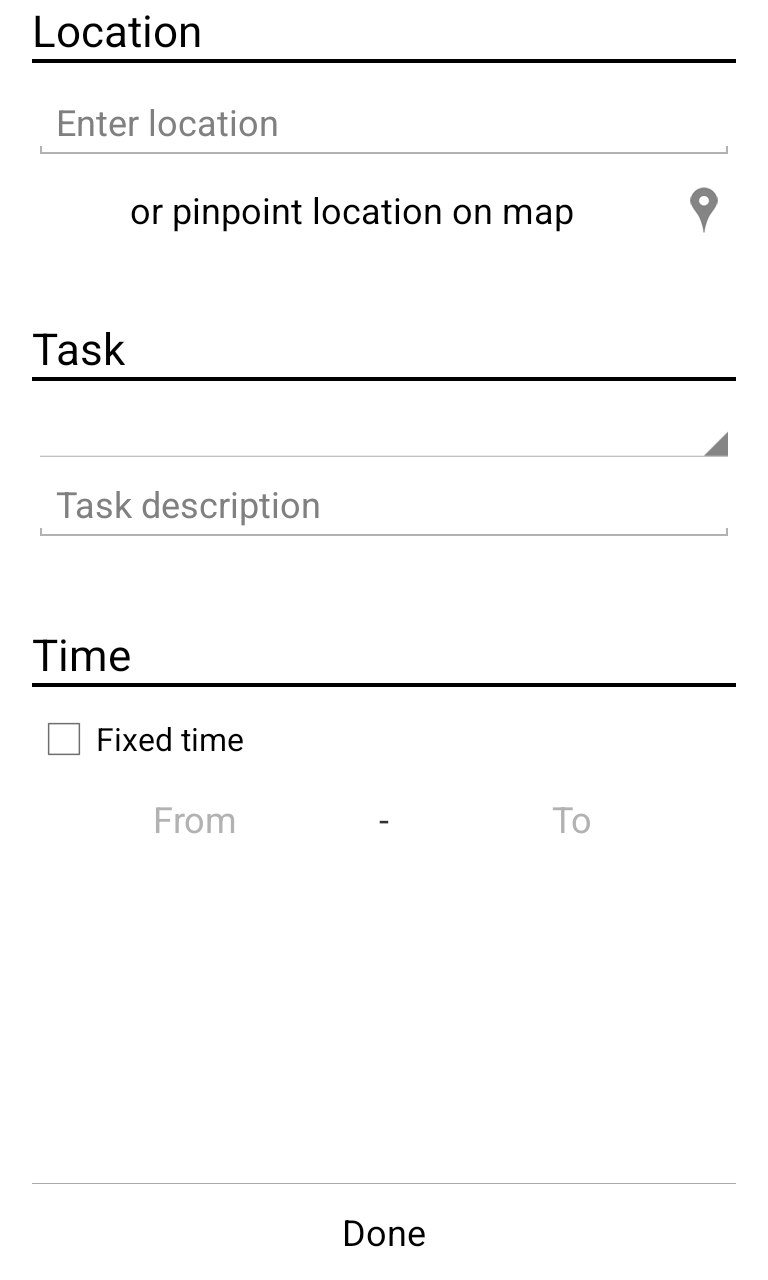
Repository: larserikstrand/IMT4904-Master
Layout: MTP/res/layout/activity_new_task.xml
An editor plug-in stored every save of this project. The layout is shown before and after the next save, followed by the edit.
It is drawn on a 768 x 1280 px phone screen (xhdpi) without system bars, with theme android:Theme.Holo.Light; the app's code is not run.

Above is the layout before, as saved 2014-02-17 08:22:35.

### MTP/res/layout/activity_new_task.xml
<LinearLayout xmlns:android="http://schemas.android.com/apk/res/android"
    xmlns:tools="http://schemas.android.com/tools"
    android:layout_width="match_parent"
    android:layout_height="match_parent"
    android:paddingLeft="@dimen/activity_horizontal_margin"
    android:paddingRight="@dimen/activity_horizontal_margin"
    android:orientation="vertical"
    tools:context=".NewTaskActivity"
    android:focusable="true"
	android:focusableInTouchMode="true" >

    <ScrollView android:layout_width="match_parent"
        android:layout_height="0dp"
        android:layout_weight="1" >

    	<LinearLayout android:layout_width="match_parent"
        	android:layout_height="wrap_content"
        	android:orientation="vertical" >

        	<TextView
        		android:layout_width="wrap_content"
        		android:layout_height="wrap_content"
        		android:text="@string/location"
        		android:textAppearance="?android:attr/textAppearanceLarge" />

        	<View android:layout_width="match_parent"
        		android:layout_height="2dp"
        		android:layout_marginBottom="10dp"
        		android:background="@android:color/black" />

    		<AutoCompleteTextView android:id="@+id/location_text"
        		android:layout_width="match_parent"
        		android:layout_height="wrap_content"
        		android:hint="@string/location_hint"
        		android:inputType="textCapWords" />

    		<Button android:id="@+id/location_button"
        		android:layout_width="match_parent"
        		android:layout_height="wrap_content"
        		android:background="?android:attr/selectableItemBackground"
        		android:text="@string/pinpoint"
        		android:drawableRight="@drawable/ic_location_place" />

    		<TextView
        		android:layout_width="wrap_content"
        		android:layout_height="wrap_content"
        		android:layout_marginTop="30dp"
        		android:text="@string/task"
        		android:textAppearance="?android:attr/textAppearanceLarge" />

    		<View android:layout_width="match_parent"
        		android:layout_height="2dp"
        		android:layout_marginBottom="10dp"
        		android:background="@android:color/black" />

    		<Spinner android:id="@+id/category_spinner"
        		android:layout_width="match_parent"
        		android:layout_height="wrap_content" />

    		<EditText android:id="@+id/description_edit"
        		android:layout_width="match_parent"
        		android:layout_height="wrap_content"
        		android:layout_marginBottom="10dp"
        		android:lines="2"
        		android:hint="@string/task_description_hint"
        		android:inputType="textCapSentences" />

    		<TextView
        		android:layout_width="wrap_content"
        		android:layout_height="wrap_content"
        		android:layout_marginTop="30dp"
        		android:text="@string/time"
        		android:textAppearance="?android:attr/textAppearanceLarge" />

    		<View android:layout_width="match_parent"
        		android:layout_height="2dp"
        		android:layout_marginBottom="10dp"
        		android:background="@android:color/black" />

    		<CheckBox android:id="@+id/fixed_time_check"
        		android:layout_width="match_parent"
        		android:layout_height="wrap_content"
        		android:text="@string/fixed_time" />

    		<LinearLayout android:id="@+id/time_layout"
        		android:layout_width="match_parent"
        		android:layout_height="wrap_content"
        		android:orientation="horizontal" >

        		<Button android:id="@+id/from_button"
            		android:layout_width="0dp"
            		android:layout_height="wrap_content"
            		android:layout_weight="1"
            		android:layout_marginRight="10dp"
            		android:background="?android:attr/selectableItemBackground"
            		android:text="@string/from"
            		android:enabled="false" />

        		<TextView android:layout_width="wrap_content"
            		android:layout_height="wrap_content"
            		android:text="@string/divider"
            		android:textSize="18sp" />

        		<Button android:id="@+id/to_button"
            		android:layout_width="0dp"
            		android:layout_height="wrap_content"
            		android:layout_weight="1"
            		android:layout_marginLeft="10dp"
            		android:background="?android:attr/selectableItemBackground"
            		android:text="@string/to"
            		android:enabled="false" />

    		</LinearLayout>

    	</LinearLayout>

    </ScrollView>

    <View android:layout_width="match_parent"
        android:layout_height="0.2dp"
        android:background="@android:color/darker_gray" />

    <Button android:id="@+id/done_button"
        android:layout_width="match_parent"
        android:layout_height="wrap_content"
        android:background="?android:attr/selectableItemBackground"
        android:text="@string/done" />

</LinearLayout>

### MTP/res/values/strings.xml
<?xml version="1.0" encoding="utf-8"?>
<resources>

    <!-- Titles -->
    <string name="app_name">MTP</string>
    <string name="title_activity_list">ListActivity</string>
    <string name="title_activity_new_task">New Task</string>
    <string name="title_activity_map">Map</string>
    <string name="title_activity_settings">Settings</string>
    <string name="title_activity_about">About</string>

    <!-- Menu -->
    <string name="action_settings">Settings</string>
    <string name="action_about">About</string>

    <!-- General -->
    <string name="owner">Owner: Lars Erik Strand</string>
    <string name="today">Today</string>
    <string name="week">Week</string>
    <string name="all_tasks">All Tasks</string>
    <string name="task">Task</string>
    <string name="new_task_list">New List</string>
    <string name="new_task">New Task</string>
    <string name="edit_list">Edit List</string>
    <string name="edit">Edit</string>
    <string name="delete">Delete</string>
    <string name="discard">Discard</string>
    <string name="set_date">Set date</string>
    <string name="save">Save</string>
    <string name="done">Done</string>
    <string name="location">Location</string>
    <string name="location_hint">Enter location</string>
    <string name="pinpoint">or pinpoint location on map</string>
    <string name="task_description_hint">Task description</string>
    <string name="time">Time</string>
    <string name="fixed_time">Fixed time</string>
    <string name="from">From</string>
    <string name="to">To</string>
    <string name="divider">-</string>
    <string name="start">Start</string>
    <string name="pause">Pause</string>
    <string name="finished">Finished</string>
    <string name="confirm">Confirm</string>
    <string name="add">Add</string>
    <string name="occupation">Occupation</string>

    <!-- Messages/Alerts -->
    <string name="set_location_message">You must choose a location for your task.</string>
    <string name="set_category_message">You must enter a task category.</string>
    <string name="set_date_message">You must enter a date.</string>
    <string name="set_time_message">This task has a fixed time. You must set the start and end time of the task.</string>
    <string name="save_message">Saving. Please wait&#8230;</string>
    <string name="discard_list_message">Are you sure you want do discard this list?</string>
    <string name="delete_list_message">Are you sure you want to delete this list?</string>
    <string name="welcome_message">Welcome to MTP. As this is your first time running this application, please select an occupation before proceeding.</string>
    <string name="no_tasks_message">You haven\'t entered any tasks to save.</string>
    <string name="existing_list_message">A list with this date already exist. Do you wish to add tasks to the existing list or delete the existing list?</string>
    <string name="about_message">MTP is developed as a Master thesis project at Gjøvik University College. It\'s purpose is not only to keep track of your tasks but also to gather contextual information as you do the tasks in order to give you future task recommendations.</string>

    <!-- Preferences -->
    <string name="pref_context_storage">Context Storage</string>
    <string name="pref_occupation_default">Undergratuate student (Bachelor)</string>
    <string name="pref_context_storage_summ">Allow application to collect and store context information</string>

    <!-- Arrays -->


    <!-- Occupation task templates -->
    <string-array name="undergraduate_tasks_array">
        <item>Attend lecture</item>
        <item>Write report</item>
        <item>Do course exercises</item>
        <item>Meeting</item>
        <item>Group work</item>
        <item>Other</item>
    </string-array>
    <string-array name="postgraduate_tasks_array">
        <item>Write thesis</item>
        <item>Meeting</item>
    </string-array>

    <!-- Occupation types -->
    <string-array name="pref_occupation_values">
        <item>Undergraduate student (Bachelor)</item>
        <item>Postgraduate student (Master, Ph.D.)</item>
    </string-array>

    <!-- Colors -->
    <color name="lightgreen">#2200ff00</color>
    <color name="lightgrey">#55aaaaaa</color>

</resources>

Loaded but not shown: MTP/res/values/dimens.xml (common file)

After the next save:
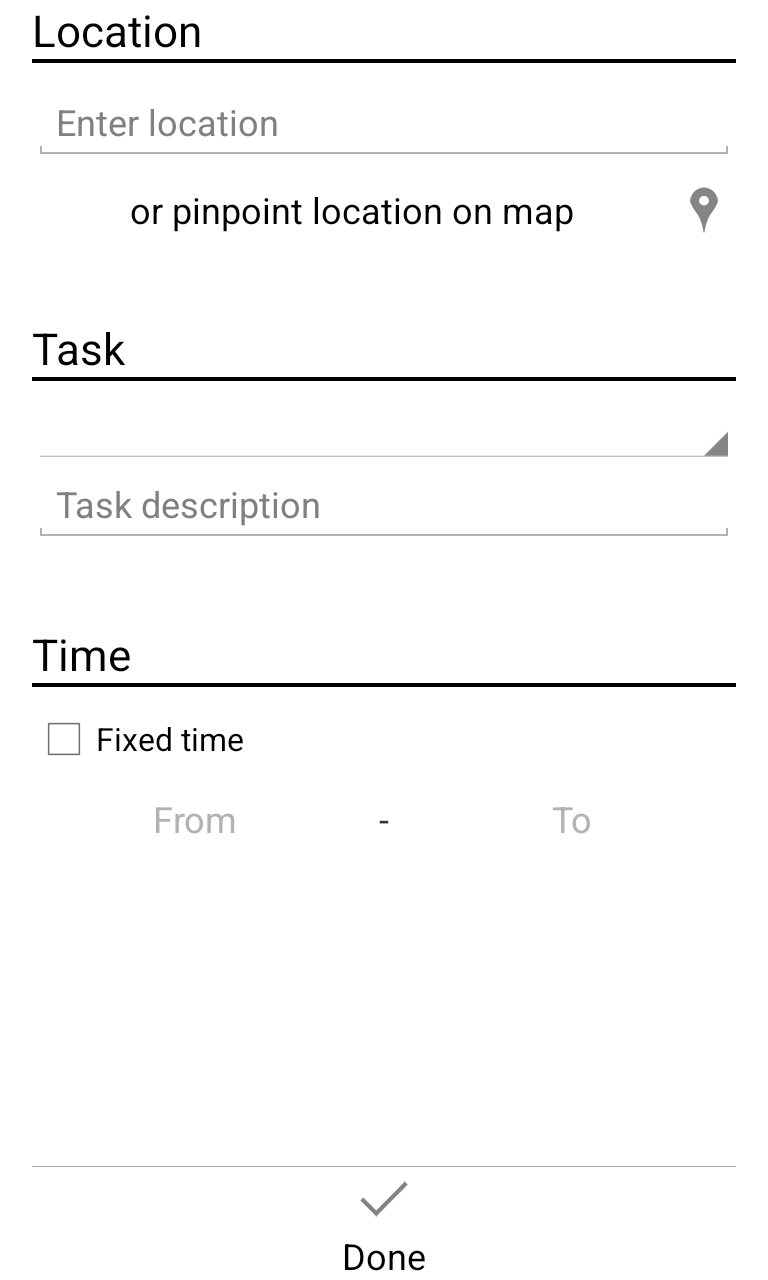
Saved 16 s later.
--- a/MTP/res/layout/activity_new_task.xml
+++ b/MTP/res/layout/activity_new_task.xml
@@ -124,6 +124,7 @@
         android:layout_width="match_parent"
         android:layout_height="wrap_content"
         android:background="?android:attr/selectableItemBackground"
+        android:drawableTop="@drawable/ic_navigation_accept"
         android:text="@string/done" />
 
 </LinearLayout>
